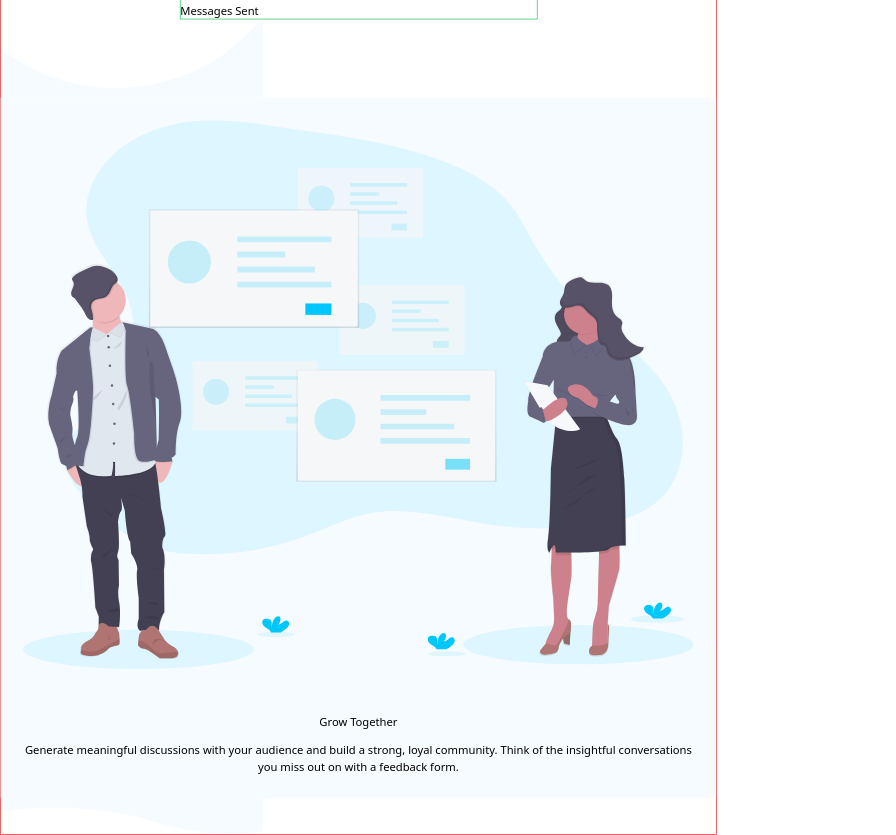
Repository: nivrii/huddle-landing-page-with-curved-sections-master
Page: /
These files come from the project's save history. The page is drawn as it stood at one moment and after the next save; the edit follows.
The browser window is 1280 px wide. The pictures show the part of the page from y = 1114 to 3034 px (the page is 2307 px tall before and 3034 px after), at 70% of full size.
The project was rebuilt for these pictures with package versions that can differ from the ones it lists, and the page was loaded fresh each time. Also part of the build but not shown: vite.config.js.

Above is the page before, as saved 2024-04-03 18:34:36.

### src/App.jsx
import "./App.css";
import message from "./assets/images/icon-messages.svg";
import screenMockup from "./assets/images/screen-mockups.svg";
import communities from "./assets/images/icon-communities.svg";
import sectionTop1M from "./assets/images/bg-section-top-mobile-1.svg";
import sectionBottom1M from "./assets/images/bg-section-bottom-mobile-1.svg";
import grow from "./assets/images/illustration-grow-together.svg";

function App() {
  return (
    <div className="container box-border m-0 bg-white w-screen min-h-screen border border-red-600">
      <section>
        <div className="flex flex-row w-full">
          <div className="flex flex-row align-middle  w-3/5">
            <img src={message} className="my-auto w-8 h-8" />
            <h1 className="text-3xl font-Poppins text-Very-dark-cyan font-bold my-auto">
              Huddle
            </h1>
          </div>
          <div className="flex align-middle justify-end w-2/5">
            <input
              className="border-2 border-Light-pink text-Light-pink font-Poppins rounded-3xl px-6 py-2"
              type="button"
              value="Try It Free"
            />
          </div>
        </div>
      </section>

      <section>
        <div className="w-full overflow-hidden border border-red-600">
          <h1>Build The Community Your Fans Will Love</h1>
          <p className="text-wrap">
            Huddle re-imagines the way we build communities. You have a voice,
            so does your audience. Create connections with your users as you
            engage in genuine discussion
          </p>
          <input
            type="submit"
            name="start"
            className="outline-none text-white bg-Pink"
          />
        </div>
      </section>

      <section className="mt-4 m">
        <div className="mx-auto">
          <img src={screenMockup} className="object-contain" />
        </div>
      </section>

      <section className="flex flex-col justify-center">
        <div className="mx-auto w-1/2 border border-green-500 ">
          <img src={communities} alt="communities" />
          <h1 className="w-full font-bold text-6xl">1.4k+</h1>
          <p>Communities Formed</p>
        </div>
        <div className="mx-auto w-1/2 border border-green-500">
          <img src={message} alt="message" />
          <h1 className="w-full font-bold text-6xl">2.7m+</h1>
          <p>Messages Sent</p>
        </div>
      </section>

      <img src={sectionTop1M} alt="divider" />

      <section className="flex flex-col space-y-4 bg-sectionBG p-8 text-center text-wrap ">
        <img src={grow} alt="" className="mb-12" />
        <h1>Grow Together</h1>
        <p>
          Generate meaningful discussions with your audience and build a strong,
          loyal community. Think of the insightful conversations you miss out on
          with a feedback form.
        </p>
      </section>

      <img src={sectionBottom1M} alt="" />

      <section>

      </section>
    </div>
  );
}

export default App;

### src/App.css
@import "tailwindcss/base";
@import "tailwindcss/components";
@import "tailwindcss/utilities";
@import url('https://fonts.google.com/specimen/Poppins');
@import url('https://fonts.google.com/specimen/Open+Sans');

### tailwind.config.js
/** @type {import('tailwindcss').Config} */

/*! tailwindcss v2.2.7 | MIT License | https://tailwindcss.com */
export default {
  content: [
    "./index.html",
    "./src/**/*.{js,ts,jsx,tsx}",
  ],
  theme: {
    extend: {
      screens: {
        'xs': '375px',
        'sm': '640px',
        'md': '768px',
        'lg': '1024px',
        'xl': '1440px',

      },
      colors: {
        'Pink': 'hsl(322, 100%, 66%)',
        'Light-pink': 'hsl(321, 100%, 78%)',
        'Light-red': 'hsl(0, 100%, 63%)',
        'Very-dark-cyan': 'hsl(192, 100%, 9%)',
        'Very-dark-blue': 'hsl(207, 100%, 98%)',
        'sectionBG': '#F6FBFF',
      },
      fontFamily: {
        'Poppins': ['Poppins', 'sans-serif'],
        'Open-sans': ['Open Sans', 'serif'],
      },
    },
  },
  plugins: [],
}

Loaded but not shown: index.html (common file); src/main.jsx (common file)

After the next save:
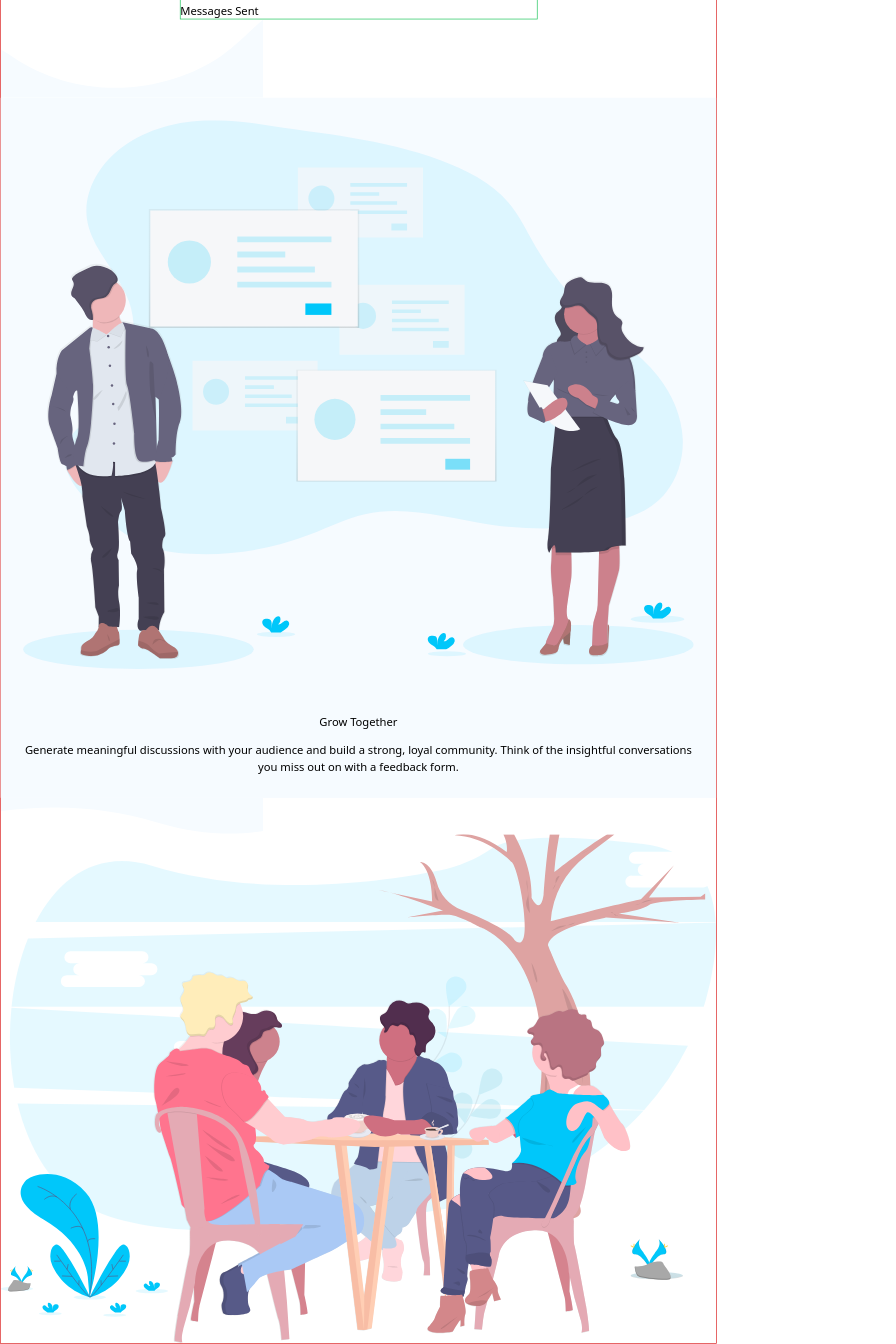
Saved 3 min 16 s later.
--- a/src/App.jsx
+++ b/src/App.jsx
@@ -5,6 +5,7 @@
 import sectionTop1M from "./assets/images/bg-section-top-mobile-1.svg";
 import sectionBottom1M from "./assets/images/bg-section-bottom-mobile-1.svg";
 import grow from "./assets/images/illustration-grow-together.svg";
+import conversation from './assets/images/illustration-flowing-conversation.svg'
 
 function App() {
   return (
@@ -77,7 +78,7 @@
       <img src={sectionBottom1M} alt="" />
 
       <section>
-
+        <img src={conversation} alt="" />
       </section>
     </div>
   );
